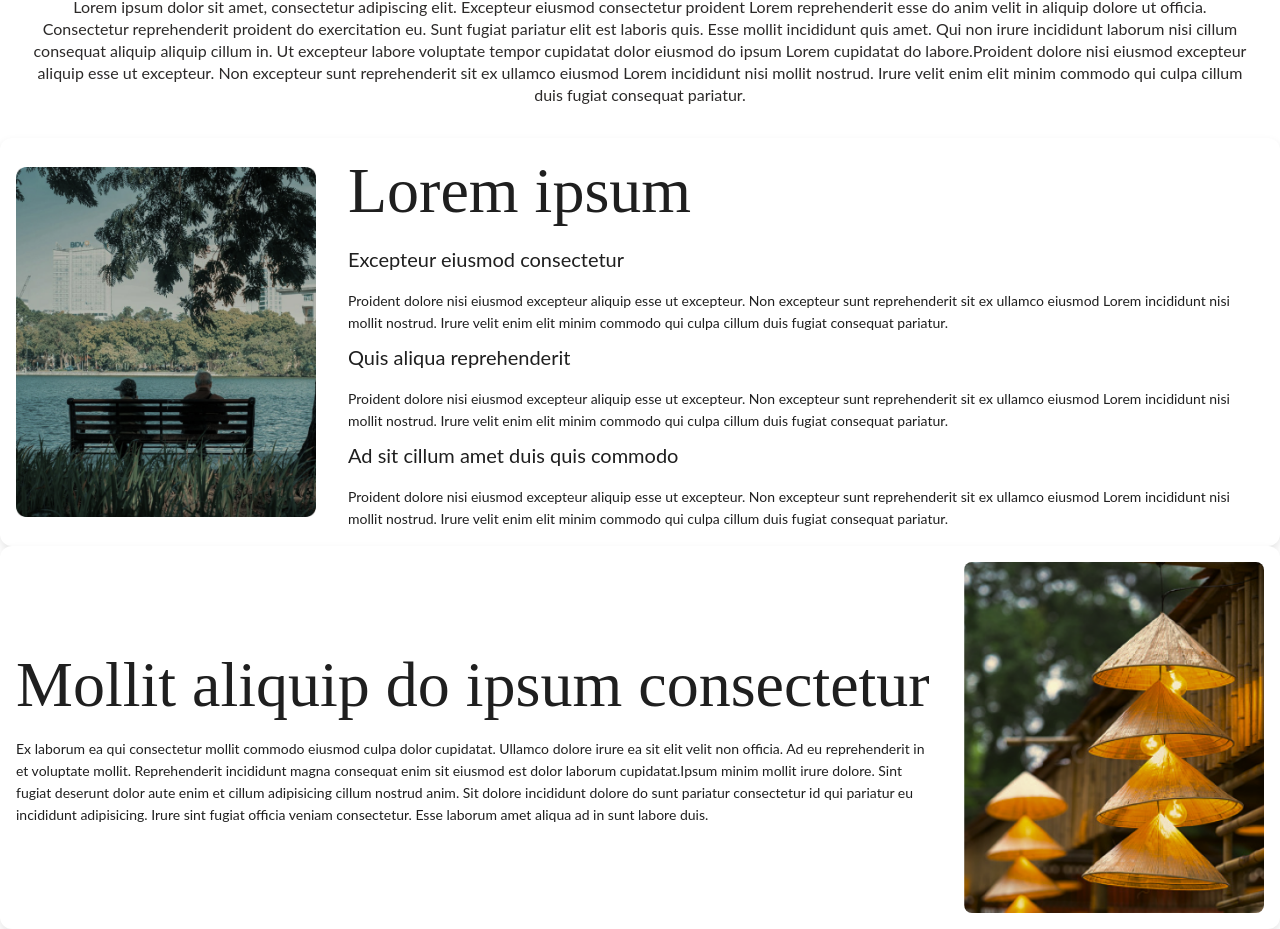
Repository: PhamNguyen2608/WGT-test
Page: index.html
An editor plug-in stored every save of this project. The page is shown before and after the next save, followed by the edit.
The browser window is 1280 px wide. The pictures show the part of the page from y = 782 to 1711 px (the page is 1711 px tall).
A picture or video elsewhere on the page could not be fetched, so the positions and the page height are approximate.

Above is the page before, as saved 2024-11-12 02:02:49.

### index.html
<!DOCTYPE html>
<html lang="en">
<head>
    <meta charset="UTF-8">
    <meta name="viewport" content="width=device-width, initial-scale=1.0">
    <title>Test</title>
    <link rel="stylesheet" href="asset/css/style.css">
</head>
<body>
    <div id="app"></div>
    <script type="module" src="src/js/main.js"></script>
</body>
</html>

### asset/css/style.css
@import './global/reset.css';
@import './global/variables.css';
@import './global/typography.css';

@import './components/hero-section.css';
@import './components/content-section.css';
@import './components/header.css';

### src/js/main.js
import App from './app.js';

document.addEventListener('DOMContentLoaded', () => {
    const rootElement = document.getElementById('app');
    const app = new App(rootElement);
    app.render();
});

### asset/css/global/reset.css
/* Reset CSS */
* {
    margin: 0;
    padding: 0;
    box-sizing: border-box;
}

body {
    font-family: var(--font-family-sans);
}

### asset/css/global/variables.css
:root {
    /* Màu sắc */
    --color-primary: #2C2A29;
    --color-secondary: #1F1F1F;
    --color-background: #ffffff;

    /* Font chữ */
    --font-family-serif: 'Georgia', serif;
    --font-family-sans: 'Lato', sans-serif;
    /* Font weight */
    --font-weight-regular: 400;
    --font-weight-medium: 500;
    --font-weight-bold: 700;

    /* Cỡ chữ */
    --font-size-12: 12px;
    --font-size-14: 14px;
    --font-size-16: 16px;
    --font-size-20: 20px;
    --font-size-24: 24px;
    --font-size-40: 40px;

    /* Line height */
    --line-height-1-4: 1.4;
    --line-height-1-6: 1.6;
    --line-height-2-0: 2;
    --line-height-22: 22px;

    /* Khoảng cách */
    --spacing-small: 8px;
    --spacing-medium: 16px;
    --spacing-large: 32px;
}

### asset/css/global/typography.css
/* Font weight */
.text-regular {
    font-weight: var(--font-weight-regular);
}
.text-medium {
    font-weight: var(--font-weight-medium);
}
.text-bold {
    font-weight: var(--font-weight-bold);
}
.text-extra-bold {
    font-weight: var(--font-weight-extra-bold);
}
/* Font size */
.fz-12 {
    font-size: var(--font-size-12);
}
.fz-14 {
    font-size: var(--font-size-14);
}
.fz-16 {
    font-size: var(--font-size-16);
}
.fz-20 {
    font-size: var(--font-size-20);
}
.fz-24 {
    font-size: var(--font-size-24);
}
.fz-40 {
    font-size: var(--font-size-40);
}
/* Line height */
.line-1-4 {
    line-height: var(--line-height-1-4);
}
.line-1-6 {
    line-height: var(--line-height-1-6);
}

/* Text color */
.text-primary {
    color: var(--color-primary);
}
.text-secondary {
    color: var(--color-secondary);
}
.text-accent {
    color: var(--color-accent);
}

### asset/css/components/hero-section.css
.hero-section {
    text-align: center;
    padding: var(--spacing-large);
    background-color: var(--color-background);
    font-family: var(--font-family-sans);
}

.hero-title {
    font-size: var(--font-size-40);
    font-weight: var(--font-weight-regular);
    margin-bottom: var(--spacing-medium);
}

.hero-images {
    display: flex;
    justify-content: center;
    gap: var(--spacing-medium);
}

.hero-content {
    margin-top: var(--spacing-medium);
    font-size: var(--font-size-16);
    font-weight: var(--font-weight-regular);
    line-height: 22px;
    color: var(--color-primary);
}

### asset/css/components/content-section.css
.content-section {
    display: flex;
    flex-direction: row;
    gap: var(--spacing-large);
    align-items: center;
    padding: var(--spacing-medium);
    border: 1px solid var(--color-border);
    border-radius: 12px;
    background-color: var(--color-background);
    box-shadow: 0 4px 8px rgba(0, 0, 0, 0.1);
}

.content-section.reverse {
    flex-direction: row-reverse;
}

.content-image {
    flex: 1;
    max-width: 300px;
    height: auto;
    border-radius: 8px;
    object-fit: cover;
}

.content-text {
    flex: 2;
    display: flex;
    flex-direction: column;
    gap: var(--spacing-small);
}

.content-title {
    font-family: 'Lora', serif;
    font-size: 64px;
    font-weight: 400;
    line-height: 74px;
    color: #1F1F1F;
    margin-bottom: var(--spacing-small);
}

.content-subtitle {
    font-family: 'Lato', sans-serif;
    font-size: 20px;
    font-weight: 400;
    line-height: 30px;
    color: #1F1F1F;
    margin-bottom: var(--spacing-small);
}

.content-description {
    font-family: 'Lato', sans-serif;
    font-size: 14px;
    font-weight: 400;
    line-height: 22px;
    color: #1F1F1F;
}

### asset/css/components/header.css
.header {
    color: var(--color-primary);
    text-align: center;
    padding: var(--spacing-large);
    background-color: var(--color-background);
    font-size: var(--font-size-40);
    font-weight: var(--font-weight-regular);
}

.header__title {
    font-size: var(--font-size-40);
    font-weight: var(--font-weight-regular);
    color: var(--color-primary);
    margin: 0;
}

### src/js/app.js
import Router from './router.js';
import LandingPage from '../pages/LandingPage.js';


export default class App {
    constructor(rootElement, routes, components) {
        this.rootElement = rootElement;
        this.routes = routes;
        this.components = components;
        this.router = new Router();
        console.log('App initialized');
    }

    setupRouter(){
        this.router.registerRoute("/", () => new LandingPage().render());
        this.router.listen(this.rootElement);
    }
    render(){
        this.setupRouter();
    }
}

### src/js/router.js
export default class Router {
    constructor() {
        this.routes = {};
    }

    registerRoute(path, callback) {
        this.routes[path] = callback;
    }

    async handleRouteChange(rootElement) {
        const path = window.location.hash.slice(1) || '/';
        const renderCallback = this.routes[path];

        if (renderCallback) {
            rootElement.innerHTML = '';
            try {
                const content = await renderCallback();
                if (content instanceof Node) {
                    rootElement.appendChild(content);
                } else {
                    throw new Error('Render callback did not return a Node');
                }
            } catch (error) {
                console.error('Error rendering route:', error);
                rootElement.innerHTML = '<h1>Failed to load route content</h1>';
            }
        } else {
            rootElement.innerHTML = '<h1>404 - Page Not Found</h1>';
        }
    }

    listen(rootElement) {
        window.addEventListener('hashchange', () => this.handleRouteChange(rootElement));
        this.handleRouteChange(rootElement);
    }
}

### src/pages/LandingPage.js
import Header from '../components/Header.js';
import HeroSection from '../components/HeroSection.js';
import ContentSection from '../components/ContentSection.js';
import GetDataService from '../services/getDataService.js';

export default class LandingPage {
    constructor() {
        this.getDataService = new GetDataService();
    }

    async render() {
        const container = document.createElement('div');
        container.className = 'landing-page';

        try {
            const pageData = await this.getDataService.getData();
            const page = pageData.page;
            console.log(pageData)
            // Render Header
            const header = new Header({ title: page.header.title });
            container.appendChild(header.render());

            // Render HeroSection
            const heroSection = new HeroSection({
                images: page.heroSection.images,
                content: page.heroSection.content,
            });
            container.appendChild(heroSection.render());

            // Render ContentSections
            if (Array.isArray(page.contentSections)) {
                page.contentSections.forEach((sectionData, index) => {
                    const contentSection = new ContentSection({
                        image: sectionData.image,
                        text: sectionData.text,
                        reverse: index % 2 === 1,
                    });
                    container.appendChild(contentSection.render());
                });
            }
            else {
                console.warn('Content sections are not an array:', page.contentSections);
            }
        } catch (error) {
            console.error('Error rendering LandingPage:', error);
            container.textContent = 'Failed to load content.';
        }

        return container;
    }
}

### src/components/Header.js
export default class Header {
    constructor({ title }) {
        this.title = title;
    }

    render() {
        const header = document.createElement('header');
        header.className = 'header';

        const h1 = document.createElement('h1');
        h1.className = 'header__title';
        h1.textContent = this.title;

        header.appendChild(h1);

        return header;
    }
}

### src/components/HeroSection.js
export default class HeroSection {
  constructor(props = {}) {
    const { title, images, content, events = {} } = props;
    this.props = { title, images, content };
    this.events = events;
  }

  createElement(tag, className = "", textContent = "", attributes = {}) {
    const element = document.createElement(tag);
    if (className) element.className = className;
    if (textContent) element.textContent = textContent;

    Object.entries(attributes).forEach(([key, value]) => {
      element.setAttribute(key, value);
    });

    return element;
  }

  createImageContainer(images) {
    const container = this.createElement("div", "hero-images");
    if (Array.isArray(images)) {
      images.forEach(({ src, alt }) => {
        const img = this.createElement("img", "", "", {
          src,
          alt: alt || "Image",
        });
        container.appendChild(img);
      });
    } else {
      console.warn('HeroSection: "images" is not an array', images);
      container.textContent = "No images available";
    }
    return container;
  }

  render() {
    const { title, images, content } = this.props;

    const section = this.createElement("section", "hero-section");

    if (title) {
      const titleElement = this.createElement("h1", "hero-title", title);
      section.appendChild(titleElement);
    }

    const imageContainer = this.createImageContainer(images);
    section.appendChild(imageContainer);

    if (content) {
      const contentElement = this.createElement("p", "hero-content", content);
      section.appendChild(contentElement);
    } else {
      const placeholder = this.createElement(
        "p",
        "hero-content-placeholder",
        "No content available"
      );
      section.appendChild(placeholder);
    }

    return section;
  }
}

### src/components/ContentSection.js
export default class ContentSection {
    constructor({ image, text, reverse = false }) {
        this.image = image;
        this.text = text;
        this.reverse = reverse;
    }

    render() {
        const section = document.createElement('div');
        section.className = 'content-section';
        if (this.reverse) {
            section.classList.add('reverse');
        }

        const imageElement = document.createElement('img');
        imageElement.src = this.image.src;
        imageElement.alt = this.image.alt || 'Content Image';
        imageElement.className = 'content-image';

        const textContainer = document.createElement('div');
        textContainer.className = 'content-text';

        const titleElement = document.createElement('h2');
        titleElement.className = 'content-title';
        titleElement.textContent = this.text.title;

        textContainer.appendChild(titleElement);

        if (Array.isArray(this.text.subsections)) {
            this.text.subsections.forEach((subsection) => {
                const subtitleElement = document.createElement('h3');
                subtitleElement.className = 'content-subtitle';
                subtitleElement.textContent = subsection.subtitle;

                const contentElement = document.createElement('p');
                contentElement.className = 'content-description';
                contentElement.textContent = subsection.content;

                textContainer.appendChild(subtitleElement);
                textContainer.appendChild(contentElement);
            });
        } else if (this.text.content) {
            const contentElement = document.createElement('p');
            contentElement.className = 'content-description';
            contentElement.textContent = this.text.content;
            textContainer.appendChild(contentElement);
        }

        section.appendChild(imageElement);
        section.appendChild(textContainer);

        return section;
    }
}

### src/services/getDataService.js
export default class GetDataService {
    async getData() {
        try {
            const response = await fetch('src/data/data.json');
            if (!response.ok) {
                throw new Error('Failed to fetch data');
            }
            const data = await response.json();
            console.log(data)

            return data;
        } catch (error) {
            console.error('Error fetching data:', error);
            throw error;
        }
    }
}

### src/data/data.json
{
  "page": {
    "header": {
      "title": "Lorem ullamco"
    },
    "heroSection": {
      "images": [
        {
          "src": "asset/images/image-top-1.png",
          "alt": "Description of first image"
        },
        {
          "src": "asset/images/image-top-2.png",
          "alt": "Description of second image"
        }
      ],
      "content": "Lorem ipsum dolor sit amet, consectetur adipiscing elit. Excepteur eiusmod consectetur proident Lorem reprehenderit esse do anim velit in aliquip dolore ut officia. Consectetur reprehenderit proident do exercitation eu. Sunt fugiat pariatur elit est laboris quis. Esse mollit incididunt quis amet. Qui non irure incididunt laborum nisi cillum consequat aliquip aliquip cillum in. Ut excepteur labore voluptate tempor cupidatat dolor eiusmod do ipsum Lorem cupidatat do labore.Proident dolore nisi eiusmod excepteur aliquip esse ut excepteur. Non excepteur sunt reprehenderit sit ex ullamco eiusmod Lorem incididunt nisi mollit nostrud. Irure velit enim elit minim commodo qui culpa cillum duis fugiat consequat pariatur."
    },
    "contentSections": [
      {
        "image": {
          "src": "asset/images/image-bot-1.jpg",
          "alt": "Description of third image"
        },
        "text": {
          "title": "Lorem ipsum",
          "subsections": [
            {
              "subtitle": "Excepteur eiusmod consectetur",
              "content": "Proident dolore nisi eiusmod excepteur aliquip esse ut excepteur. Non excepteur sunt reprehenderit sit ex ullamco eiusmod Lorem incididunt nisi mollit nostrud. Irure velit enim elit minim commodo qui culpa cillum duis fugiat consequat pariatur."
            },
            {
              "subtitle": "Quis aliqua reprehenderit",
              "content": "Proident dolore nisi eiusmod excepteur aliquip esse ut excepteur. Non excepteur sunt reprehenderit sit ex ullamco eiusmod Lorem incididunt nisi mollit nostrud. Irure velit enim elit minim commodo qui culpa cillum duis fugiat consequat pariatur."
            },
            {
              "subtitle": "Ad sit cillum amet duis quis commodo",
              "content": "Proident dolore nisi eiusmod excepteur aliquip esse ut excepteur. Non excepteur sunt reprehenderit sit ex ullamco eiusmod Lorem incididunt nisi mollit nostrud. Irure velit enim elit minim commodo qui culpa cillum duis fugiat consequat pariatur."
            }
          ]
        }
      },
      {
        "image": {
          "src": "asset/images/image-bot-2.png",
          "alt": "Description of fourth image"
        },
        "text": {
          "title": "Mollit aliquip do ipsum consectetur",
          "content": "Ex laborum ea qui consectetur mollit commodo eiusmod culpa dolor cupidatat. Ullamco dolore irure ea sit elit velit non officia. Ad eu reprehenderit in et voluptate mollit. Reprehenderit incididunt magna consequat enim sit eiusmod est dolor laborum cupidatat.Ipsum minim mollit irure dolore. Sint fugiat deserunt dolor aute enim et cillum adipisicing cillum nostrud anim. Sit dolore incididunt dolore do sunt pariatur consectetur id qui pariatur eu incididunt adipisicing. Irure sint fugiat officia veniam consectetur. Esse laborum amet aliqua ad in sunt labore duis."
        }
      }
    ]
  }
}

After the next save:
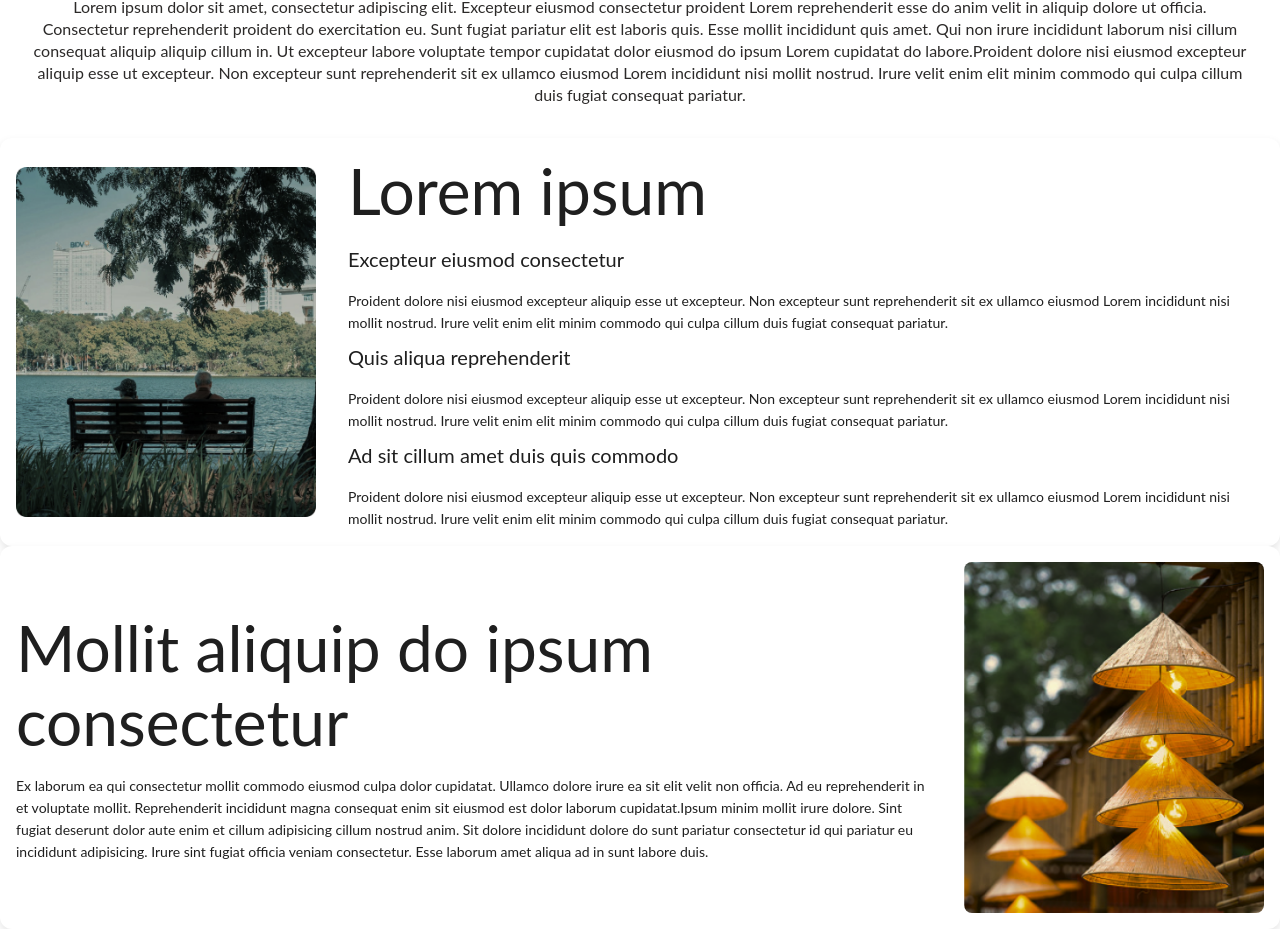
Saved 109 s later.
--- a/asset/css/components/content-section.css
+++ b/asset/css/components/content-section.css
@@ -30,7 +30,6 @@
 }
 
 .content-title {
-    font-family: 'Lora', serif;
     font-size: 64px;
     font-weight: 400;
     line-height: 74px;
@@ -39,7 +38,6 @@
 }
 
 .content-subtitle {
-    font-family: 'Lato', sans-serif;
     font-size: 20px;
     font-weight: 400;
     line-height: 30px;
@@ -48,7 +46,6 @@
 }
 
 .content-description {
-    font-family: 'Lato', sans-serif;
     font-size: 14px;
     font-weight: 400;
     line-height: 22px;
